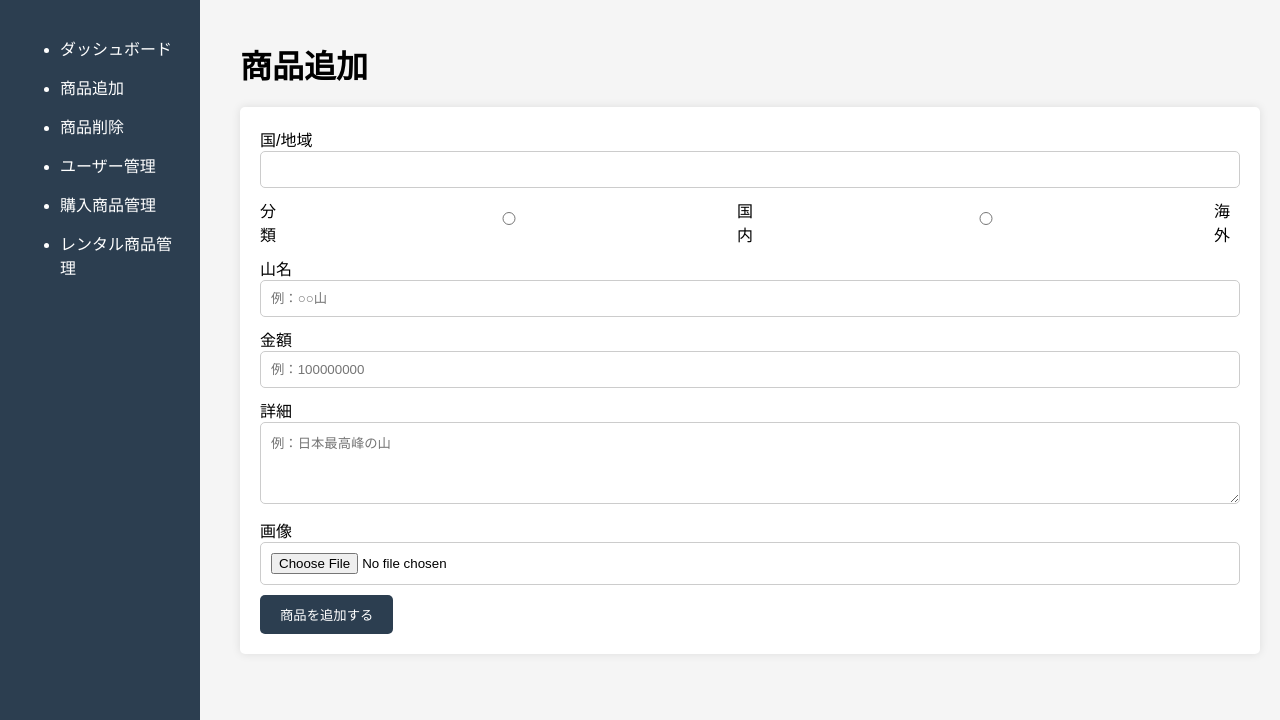
Repository: magome112/Oasis2024920
Page: http://localhost/_12_kanri.shohin.php
The author's editor kept a copy of each file at every save. The page is drawn from the files as they stood at one save, then again after the next save.
The browser window is 1280 px wide. The pictures show the whole page.
The page is run by PHP 8.4 with error messages shown; the project is at /var/www/html/.

Above is the page before, as saved 2024-12-06 12:18:28.

After the next save:
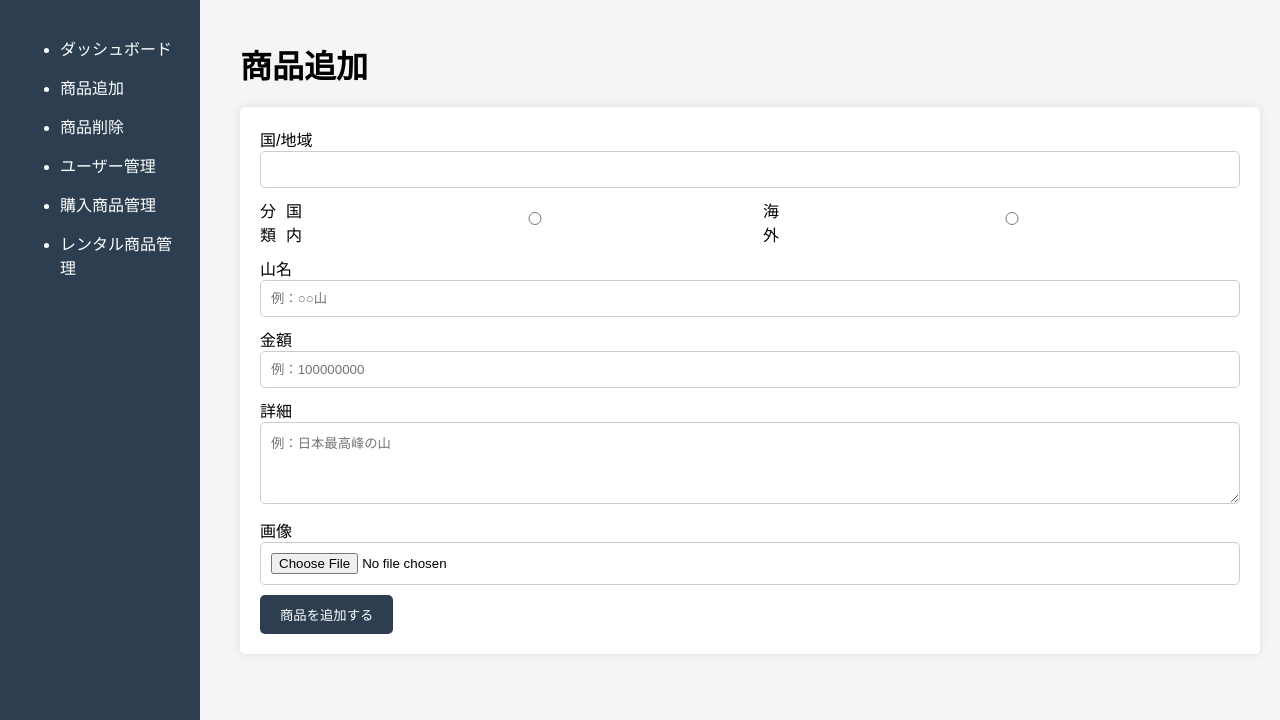
Saved 58 s later.
--- a/_12_kanri.shohin.php
+++ b/_12_kanri.shohin.php
@@ -172,12 +172,12 @@ if ($_SERVER['REQUEST_METHOD'] === 'POST') {
         <input type="text" name="country_name" id="country_name" required>
 
         <div class="radio-group">
-    <label for="region">分類</label>
-    <input type="radio" name="region" value="0" id="domestic" required>
-    <label for="domestic">国内</label>
-    <input type="radio" name="region" value="1" id="overseas">
-    <label for="overseas">海外</label>
-</div>
+            <label for="region">分類</label>
+            <label for="domestic">国内</label>
+            <input type="radio" name="region" value="0" id="domestic" required>
+            <label for="overseas">海外</label>
+            <input type="radio" name="region" value="1" id="overseas">
+        </div>
 
 
 
